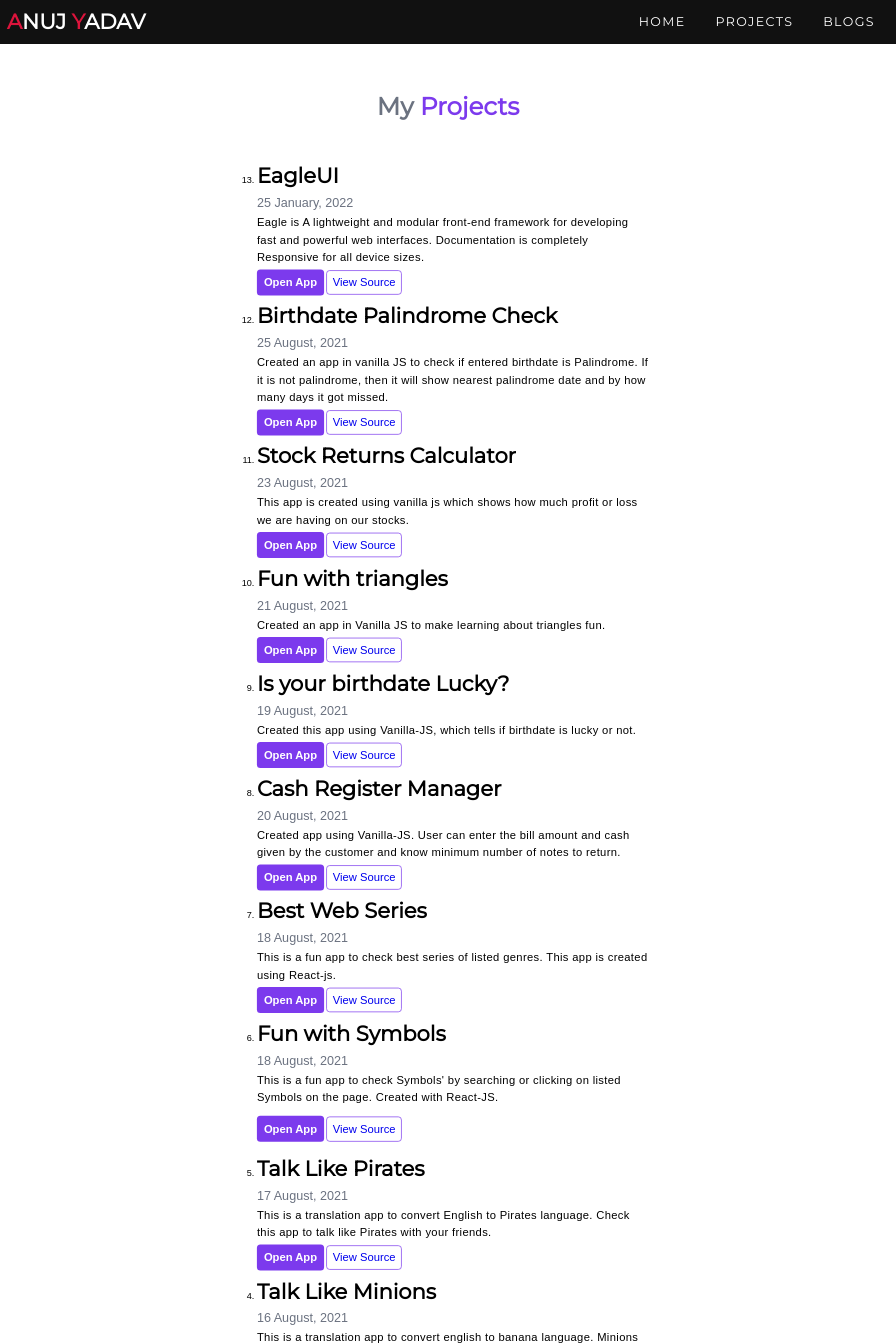
Repository: anuj-kumary/Portfolio
Page: project.html
An editor plug-in stored every save of this project. The page is shown before and after the next save, followed by the edit.
The browser window is 1280 px wide. The pictures show the part of the page from y = 0 to 1920 px (the page is 2899 px tall before and 3699 px after), at 70% of full size.

Above is the page before, as saved 2022-05-02 00:11:04.

After the next save:
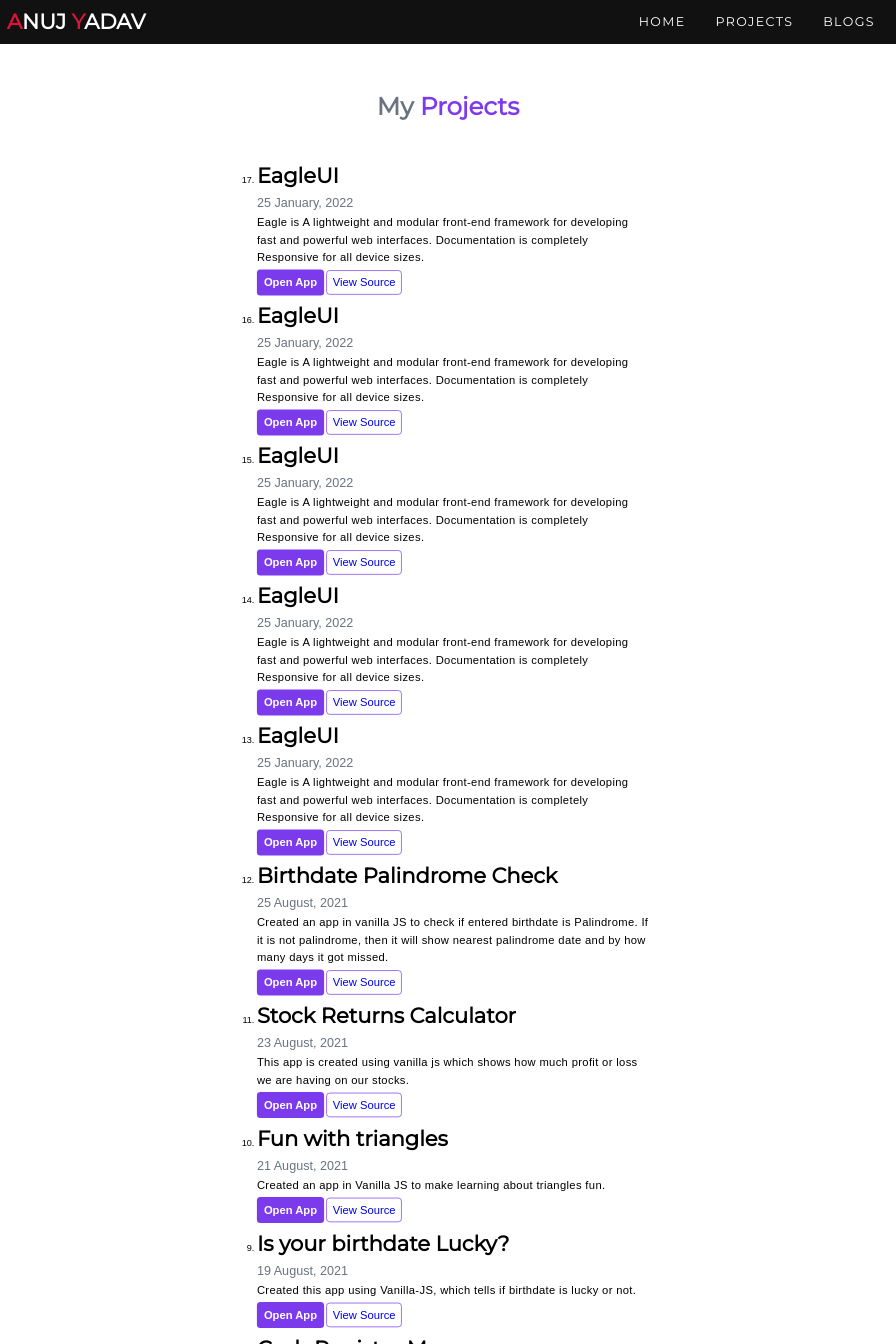
Saved 194 days later.
--- a/project.html
+++ b/project.html
@@ -50,6 +50,46 @@
       </li>
       <li>
         <article class="article article-padding ">
+          <h1>EagleUI</h1>
+          <time>25 January, 2022</time>
+          <p class="description">Eagle is A lightweight and modular front-end framework for developing fast and powerful web interfaces. Documentation is completely Responsive for all device sizes.
+          </p>
+         <a class="link" href="https://eagleui.netlify.app/">Open App</a>
+         <a class="btn1" href="https://github.com/anuj-kumary/EagleUI">View Source</a>
+        </article>
+      </li>
+      <li>
+        <article class="article article-padding ">
+          <h1>EagleUI</h1>
+          <time>25 January, 2022</time>
+          <p class="description">Eagle is A lightweight and modular front-end framework for developing fast and powerful web interfaces. Documentation is completely Responsive for all device sizes.
+          </p>
+         <a class="link" href="https://eagleui.netlify.app/">Open App</a>
+         <a class="btn1" href="https://github.com/anuj-kumary/EagleUI">View Source</a>
+        </article>
+      </li>
+      <li>
+        <article class="article article-padding ">
+          <h1>EagleUI</h1>
+          <time>25 January, 2022</time>
+          <p class="description">Eagle is A lightweight and modular front-end framework for developing fast and powerful web interfaces. Documentation is completely Responsive for all device sizes.
+          </p>
+         <a class="link" href="https://eagleui.netlify.app/">Open App</a>
+         <a class="btn1" href="https://github.com/anuj-kumary/EagleUI">View Source</a>
+        </article>
+      </li>
+      <li>
+        <article class="article article-padding ">
+          <h1>EagleUI</h1>
+          <time>25 January, 2022</time>
+          <p class="description">Eagle is A lightweight and modular front-end framework for developing fast and powerful web interfaces. Documentation is completely Responsive for all device sizes.
+          </p>
+         <a class="link" href="https://eagleui.netlify.app/">Open App</a>
+         <a class="btn1" href="https://github.com/anuj-kumary/EagleUI">View Source</a>
+        </article>
+      </li>
+      <li>
+        <article class="article article-padding ">
           <h1>Birthdate Palindrome Check</h1>
           <time>25 August, 2021</time>
           <p class="description">Created an app in vanilla JS to check if entered birthdate is Palindrome. If it is not palindrome, then it will show nearest palindrome date and by how many days it got missed.
